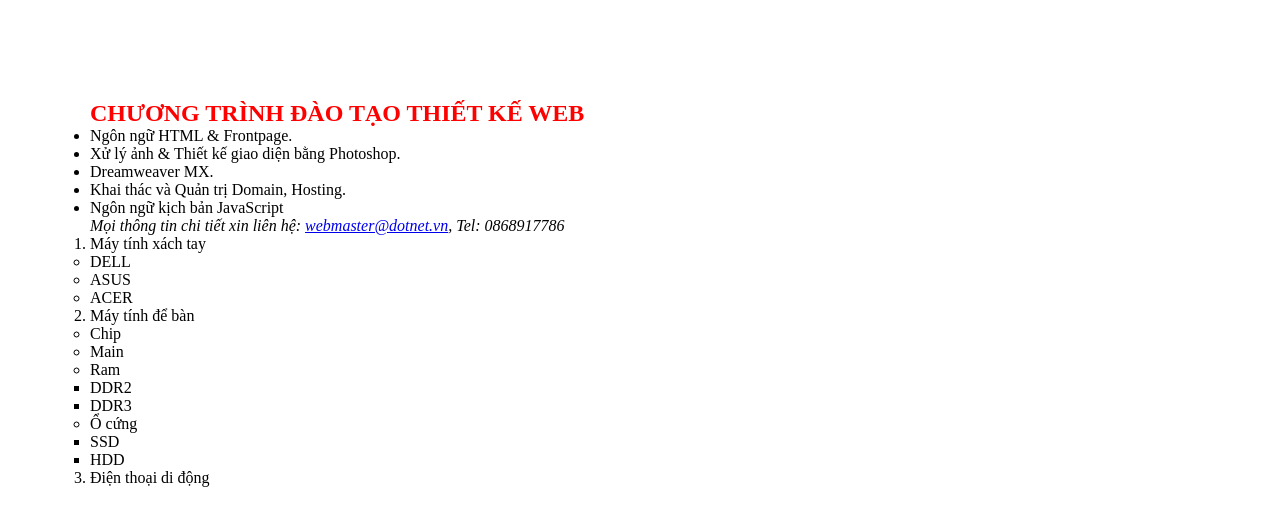
Repository: tuiladev/TKW
Page: ListTag/index.html
These files come from the project's save history. The page is drawn as it stood at one moment and after the next save; the edit follows.
The browser window is 1280 px wide. The pictures show the whole page.

Above is the page before, as saved 2022-03-15 22:59:16.

After the next save:
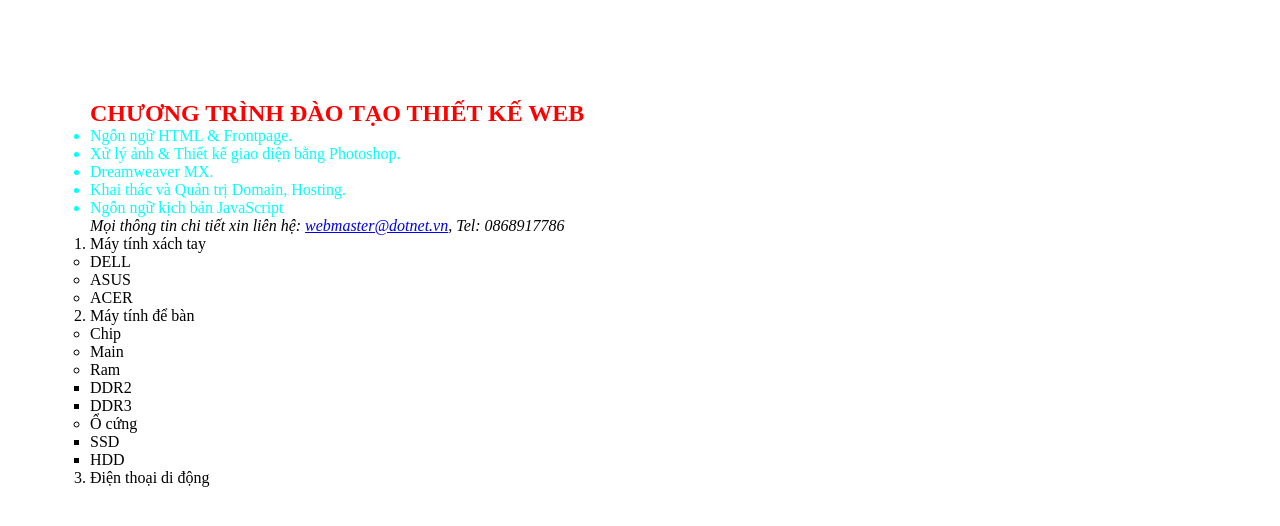
Saved 4 s later.
--- a/ListTag/index.html
+++ b/ListTag/index.html
@@ -22,7 +22,7 @@
         font-weight: bold;
       }
       .program__list{
-        color: ;
+        color: aqua;
       }
     </style>
   </head>
